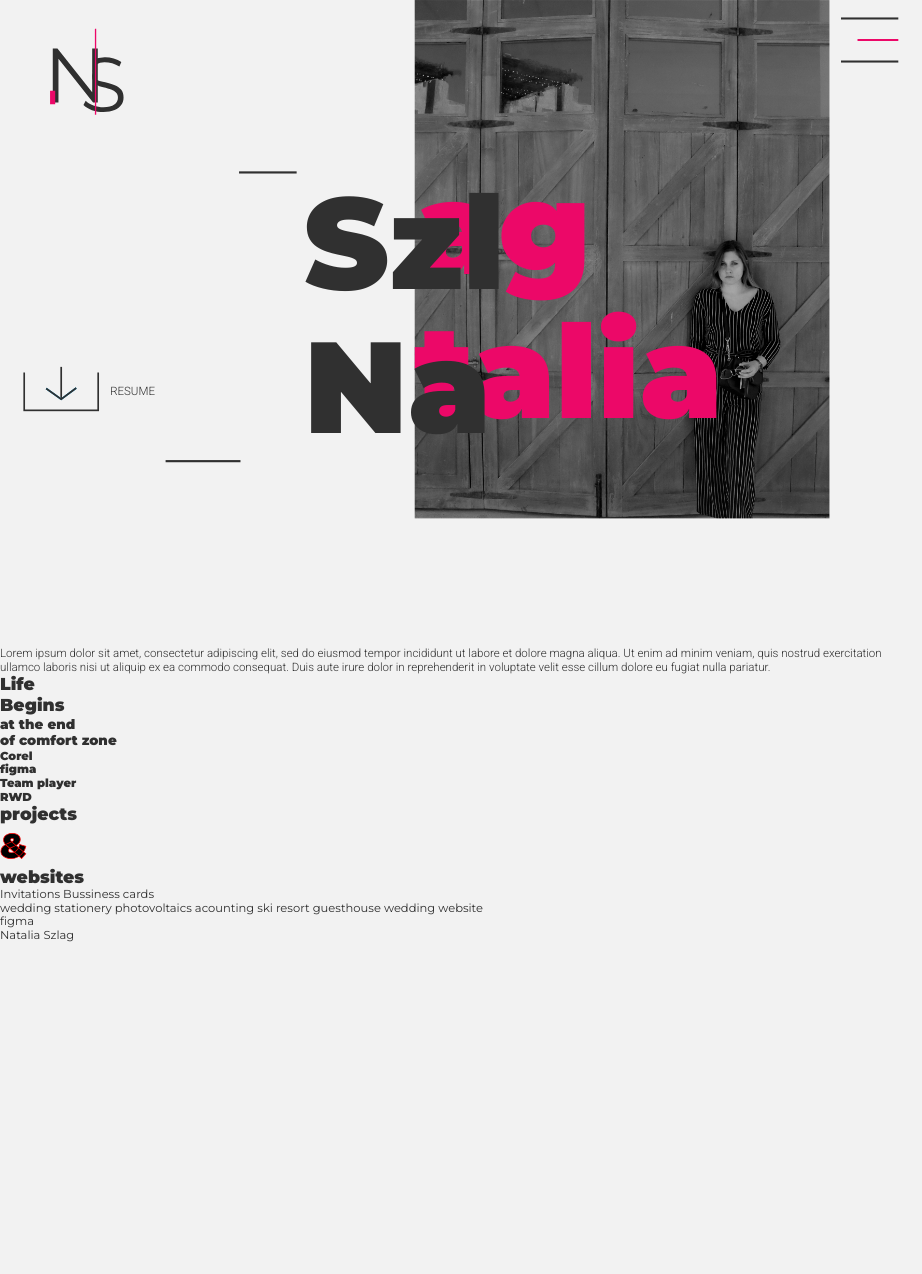
Repository: nataliaszlag/portfolio3
Page: index.html
These files come from the project's save history. The page is drawn as it stood at one moment and after a run of saves; the edit follows.
The browser window is 1280 px wide. The pictures show the whole page, at 72% of full size.
The style sheet was rebuilt from its Sass, Less or Tailwind sources for each picture, by a compiler version that may differ from the author's.

Above is the page before, as saved 2020-09-26 20:19:21.

### index.html
<!DOCTYPE html>
<html lang="en">
<head>
    <meta charset="UTF-8">
    <meta name="viewport" content="width=device-width, initial-scale=1.0">
    <title>Portfolio</title>
    <link rel="stylesheet" href="/css/style.css">
    <link href="https://fonts.googleapis.com/css2?family=Montserrat:wght@300;400;600;900&family=Roboto:wght@300&display=swap" rel="stylesheet">
<body>
    <img><img class="hero-img"src="/img/img-hero.JPG" alt="zdj"><h1 class="h1-name-2 clr-prim">ag<br>talia</h1></div>
    <header class="hero">
        <nav>
            <logo class="logo">
                <svg width="202" height="202" viewBox="0 0 202 202" fill="none" xmlns="http://www.w3.org/2000/svg">
                    <path d="M111.707 131.661C106.15 131.661 100.822 130.771 95.7284 128.989C90.6331 127.207 86.6957 124.857 83.9163 121.934L87.0156 115.841C89.7232 118.549 93.3219 120.742 97.8117 122.416C102.302 124.091 106.933 124.927 111.707 124.927C118.407 124.927 123.43 123.699 126.779 121.239C130.128 118.781 131.805 115.592 131.805 111.673C131.805 108.68 130.895 106.292 129.078 104.511C127.26 102.729 125.035 101.357 122.397 100.396C119.76 99.4333 116.091 98.3831 111.387 97.2422C78.7372 90.0157 110.659 55.7886 98.6857 58.3337C92.9473 59.5532 105.322 55.7647 113.312 55.5543C117.586 55.4414 121.773 56.1427 125.871 57.3177C129.969 58.4945 133.513 60.116 136.506 62.1821L133.835 68.4884C130.7 66.4223 127.351 64.8726 123.786 63.8395C120.223 62.8047 116.732 62.3344 113.312 62.2882C95.5796 62.0521 91.8988 81.0702 103.104 87.2483C105.649 88.6525 109.535 89.2614 114.167 90.4023C119.654 91.7552 124.089 93.091 127.474 94.4098C130.859 95.7285 133.727 97.7228 136.079 100.396C138.431 103.068 139.607 106.684 139.607 111.245C139.607 115.022 138.591 118.46 136.561 121.561C134.529 124.66 131.411 127.118 127.207 128.936C123.003 130.753 117.837 131.661 111.707 131.661Z" fill="#303030"/>
                    <path d="M103.826 43.3881V118.212H97.3055L49.2035 57.4973V118.212H41.2945V43.3881H47.8146L96.0226 104.103V43.3881H103.826Z" fill="#303030"/>
                    <path fill-rule="evenodd" clip-rule="evenodd" d="M99.789 135.296V16.0728H101.621V135.296H99.789Z" fill="#EC0868"/>
                    <path fill-rule="evenodd" clip-rule="evenodd" d="M37.5521 120.721L37.5538 101.949L44.6315 101.956V120.726L37.5521 120.721Z" fill="#EC0868"/>
                    </svg>


            </logo>
            <ul class="navbar">
                <svg class="hamburger"width="80" height="63" viewBox="0 0 80 63" fill="none" xmlns="http://www.w3.org/2000/svg">
                    <g  class="line-menu-1"><line y1="1.5" x2="80" y2="1.5" stroke="#303030" stroke-width="3"/></g>
                    <g class="line-menu-2"><line y1="61.5" x2="80" y2="61.5" stroke="#303030" stroke-width="3"/></g>
                    <line x1="23" y1="31.5" x2="80" y2="31.5" stroke="#EC0868" stroke-width="3"/>
                    </svg>

                <li class="nav-list"><a href ="#">ABOUT</a></li>
                <li class="nav-list"><a href ="#">PORTFOLIO</a></li>
                <li class="nav-list"><a href ="#">CONTACT</a></li>
            </ul>
        </nav>
        <div class="flex">
            <div class="line-1"></div>
            <h1 class="h1-name">Szl<br>Na</h1>
        </div>
        <div class="resume">
            <icon class="resume-icon">
                <svg width="106" height="63" viewBox="0 0 106 63" fill="none" xmlns="http://www.w3.org/2000/svg">
                    <path d="M1.60553 8.5282V61.0716H104.395V8.5282" stroke="#303030" stroke-width="2.36" stroke-miterlimit="22.9256"/>
                    <path d="M53 0.473083V45.5269" stroke="#303030" stroke-width="2.36" stroke-miterlimit="22.9256"/>
                    <path d="M32.1326 30.6015L52.9999 45.5269L73.8673 29.8981" stroke="#00A0E3" stroke-width="2.36" stroke-miterlimit="22.9256"/>
                    <path d="M32.1326 30.6015L52.9999 45.5269L73.8673 29.8981" stroke="#303030" stroke-width="2.36" stroke-miterlimit="22.9256"/>
                    </svg>
            </icon>
            <p class="resume-p">RESUME</p>
            <div class="line-2"></div>
        </div>
    </header>
    <main>
        <article class="main-page">

            <div class="arrow">
                <svg>
                </svg>
            </div>
    </article>
        <article class="about">
            <div class="about-flex">
                <p class="about-p">
                    Lorem ipsum dolor sit amet, consectetur adipiscing elit, sed do eiusmod tempor incididunt ut labore et dolore magna aliqua. Ut enim ad minim veniam, quis nostrud exercitation ullamco laboris nisi ut aliquip ex ea commodo consequat. Duis aute irure dolor in reprehenderit in voluptate velit esse cillum dolore eu fugiat nulla pariatur.
                </p>
        </div>
            <div class="about-flex">
                <h2 class="about-primary">Life</h2>
                <h2 class="about-secondary">Begins</h2>
                <h3 class="about-terciary">at the end<br>of comfort zone</h3>
        </div>
            <div class="about-flex">
                <div class="vector"></div>
        </div>
            <div class="about-flex">
                <h4 class="stat">Corel</h4>
                <div class="stat-bar">
                <div class="bar"></div>
                <div class="bar"></div>
                <div class="bar"></div>
                <div class="bar"></div>
                <div class="bar"></div>
            </div>
            <h4 class="stat">figma</h4>
                <div class="stat-bar">
                <div class="bar-1"></div>
                <div class="bar-2"></div>
                <div class="bar-3"></div>
                <div class="bar-4"></div>
                <div class="bar-5"></div>
            </div>
            <h4 class="stat">Team player</h4>
                <div class="stat-bar">
                <div class="bar-1"></div>
                <div class="bar-2"></div>
                <div class="bar-3"></div>
                <div class="bar-4"></div>
                <div class="bar-5"></div>
            </div>
            <h4 class="stat">RWD</h4>
                <div class="stat-bar">
                <div class="bar-1"></div>
                <div class="bar-2"></div>
                <div class="bar-3"></div>
                <div class="bar-4"></div>
                <div class="bar-5"></div>
            </div>
        </div>
    </article>

    <article class="portfolio">
        <h2 class="portfolio-primary">projects<br></h2>
        <h2 class="portfolio-ampersand">&</h2>
        <h2 class="portfolio-secondary">websites</h2>

        <div class="projects-flex">
            <div class="project-gallery">
                <a href="https://www.kraftdesign.pl" target="_blank" class="link">Invitations</a>
                <a href="#gallery" class="link">Bussiness cards</a>
            </div>
            <div class="project-links">
                <a href="https://www.kraftdesign.pl" target="_blank" class="link">wedding stationery</a>
                <a href="https://www.cellinstalacje.pl" class="link" target="_blank" >photovoltaics</a>
                <a href="https://www.cellsksiegowosc.pl" class="link" target="_blank">acounting</a>
                <a href="https://www.masterski.pl" class="link" target="_blank">ski resort</a>
                <a href="https://www.tylicznoclegi.pl" class="link" target="_blank">guesthouse</a>
                <a href="https://www.pobieramysie.info" class="link" target="_blank">wedding website</a>
            </div>
            <div class="project-display">
                figma
            </div>
        </div>
    </article>

    <article class="contact">
        <div class="square">
            <div class="socials">
                <div class="social-info"></div>
                <div class="social-info"></div>
            </div>
            <div class="svg-animate">Natalia Szlag</div>
        </div>

        <div class="square bg-cover">
            <div class="social-sq">
                <svg class="social-ico">insta</svg>
            </div>
            <div class="social-sq">
                <svg class="social-ico">facebook</svg>
            </div>
            <div class="social-sq">
                <svg class="social-ico">pinterest</svg>
            </div>
        </div>
    </article>
    </main>
  </body>
</html>

### scss/style.scss
// ==========================================
// variables
// ==========================================

//font-var
$font-primary: 'Montserrat', sans-serif;
$font-secondary: 'roboto', sans-serif;
$font-spacing-primary: 10%;
$font-line-primary: 25pt;

//color-var
$clr-font: #303030;
$clr-bg: #f2f2f2;
$clr-accent: #ec0868;


// ============================================
// main style
// =======================================
*,
*:hover,
*:focus{
box-sizing: border-box;
color: $clr-font;
}

body{
    background-color: $clr-bg;
}

*{
    margin: 0;
    padding: 0;
    font-family: $font-primary;
    text-decoration: none;
}

.portfolio-ampersand{
    font-size: 48px;
    color: black;
    -webkit-text-stroke: 1px red;
}

.hero{
    min-height: 100%;
    height: 100vh;
    max-width: 95%;
    margin: auto;
}

.hero-img{
    object-fit: cover;
    top: 0;
    right: 10%;
    position: absolute;
    height: 100vh;
    width: 45%;
    z-index: -1;
}

.h1-name{
    position: absolute;
    display: inline-block;
    font-weight: 900;
    font-size: 180px;
    line-height: 200px;
    padding-left: 10px;
    z-index: 3;
}


.h1-name-2{
    position: absolute;
    left: 45%;
    top:30%;
    display: inline-block;
    font-weight: 900;
    font-size: 180px;
    line-height: 200px;
    z-index: 3;
}

.clr-prim{
    color: $clr-accent;
}

.resume{
    margin-top: auto;
    display: flex;
    align-items: center;

    &-p{
        padding: 15px;
    }

    .line-2{
        display: inline-block;
    content:'';
    width: 104px;
    height: 200px;
    border-bottom: solid 3px $clr-font;
    }
}

.line-1{
    display: inline-block;
    content:'';
    width: 80px;
    height: 200px;
    border-top: solid 3px $clr-font;
    margin-left: 300px;
}

nav{
    margin-top: 5px;
    display: flex;
    justify-content: space-between;
    ul{
        display: block;
        list-style-type: none;
        text-align: right;
        li{
            opacity: 0;
            overflow: hidden;
            padding: 15px;
            transition: .2s ease-out;
        }
    }

    ul:hover > li{
        opacity: 1;
    }

    ul:hover .line-menu-1{
        transform: translateY(20px);
    }

    ul:hover .line-menu-2{
        transform: translateY(-20px);
    }
    }

li{
    transition: .2s ease-out;
}

li:hover{
    transform: scale(1.2);
    color: $clr-accent;
}

a{
    transition: .2s ease-out;
}

a:hover{
    color: $clr-accent;
}

.line-menu-1{
    transition: .2s ease-out;
}

.line-menu-2{
    transition: .2s ease-out;
}

p{
    font-family: $font-secondary;
}

After the next 3 saves:
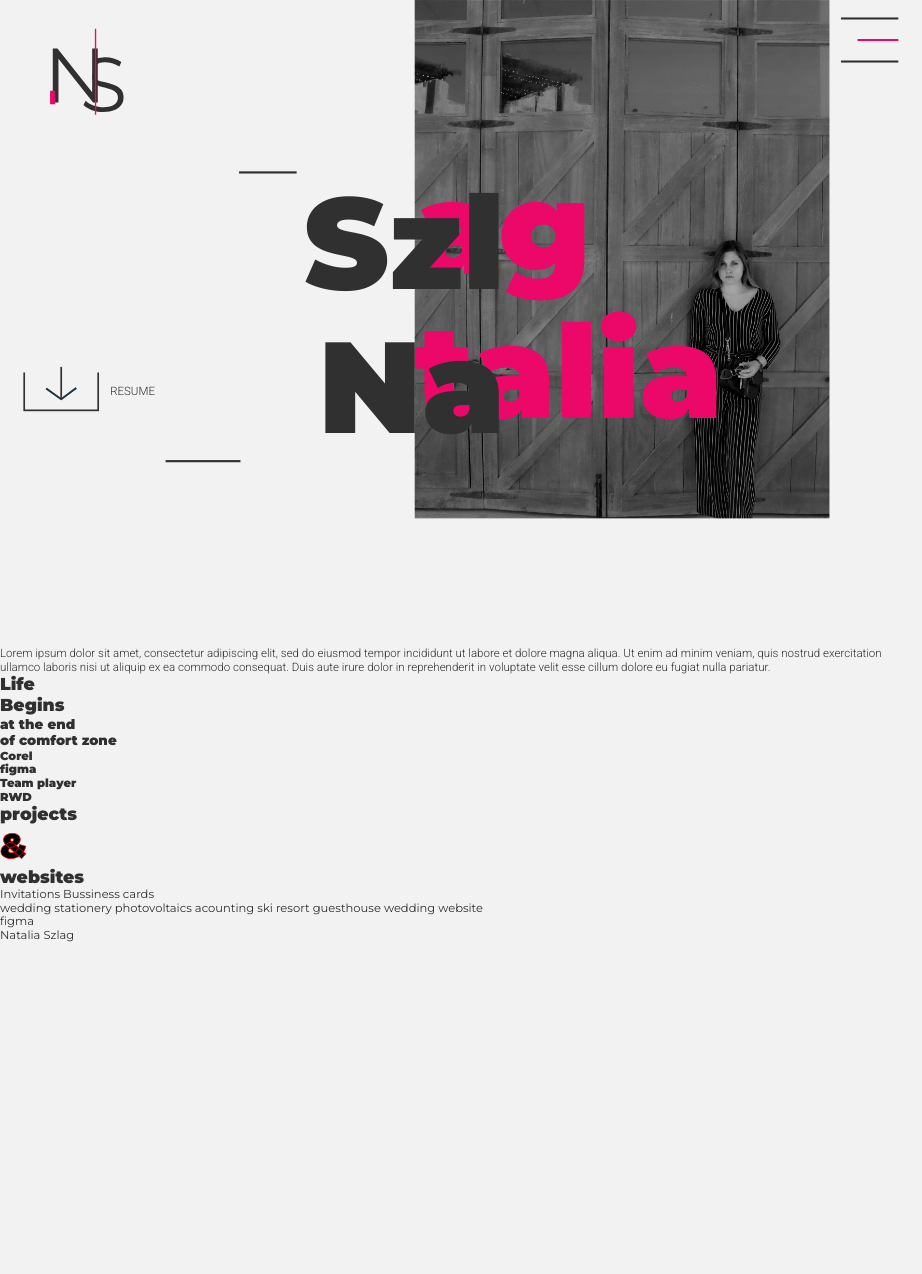
The 3 saves are shown as one change because they came seconds apart.
The last was saved 16 s later.
--- a/scss/style.scss
+++ b/scss/style.scss
@@ -59,6 +59,7 @@ body{
 }
 
 .h1-name{
+    text-align: right;
     position: absolute;
     display: inline-block;
     font-weight: 900;
